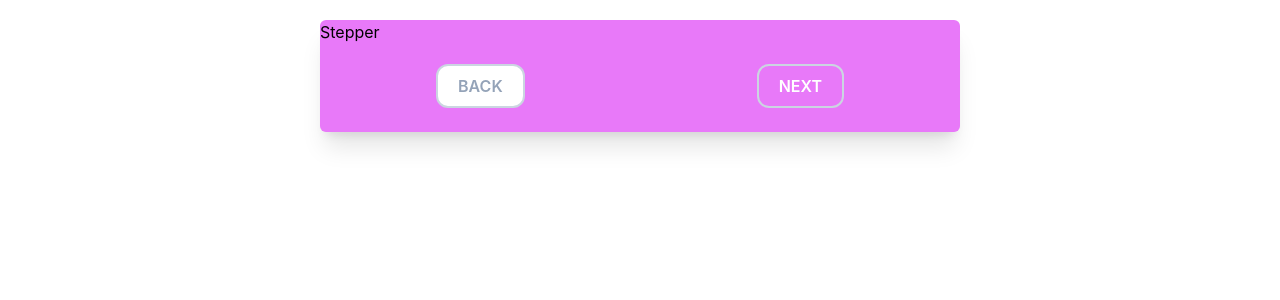
Repository: OmniaRafat232111121/reactstepper
Page: /
An editor plug-in stored every save of this project. The page is shown before and after the next save, followed by the edit.
The browser window is 1280 px wide. The pictures show the whole page.
The project was rebuilt for these pictures with package versions that can differ from the ones it lists, and the page was loaded fresh each time. Also part of the build but not shown: src/App.css.

Above is the page before, as saved 2023-02-21 23:27:17.

After the next save:
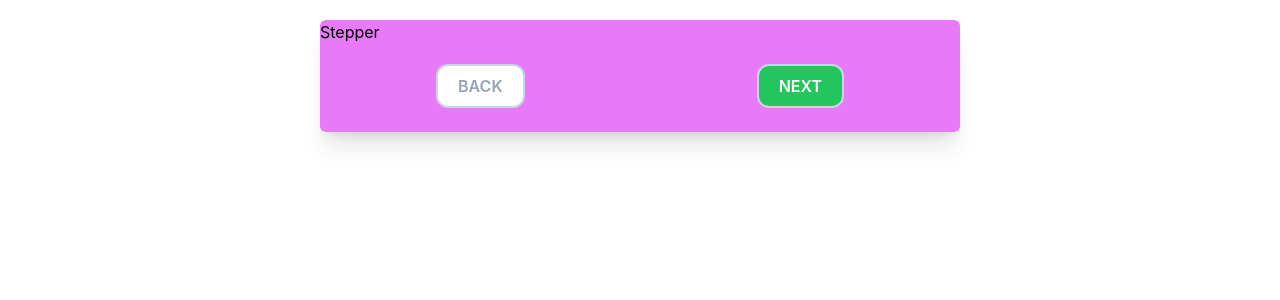
Saved 12 s later.
--- a/src/Component/StepperControl.js
+++ b/src/Component/StepperControl.js
@@ -9,7 +9,7 @@ const StepperControl = () => {
        Back
        </button>
         {/*next button*/}
-        <button className='bg-green text-white font-semibold  uppercase px-5 py-2  rounded-xl
+        <button className='bg-green-500 text-white font-semibold  uppercase px-5 py-2  rounded-xl
         cursor-pointer border-2 border-slate-300 hover:bg-slate-700 hover:text-white transition duration-200 ease-in-out'>
         Next
         </button>
